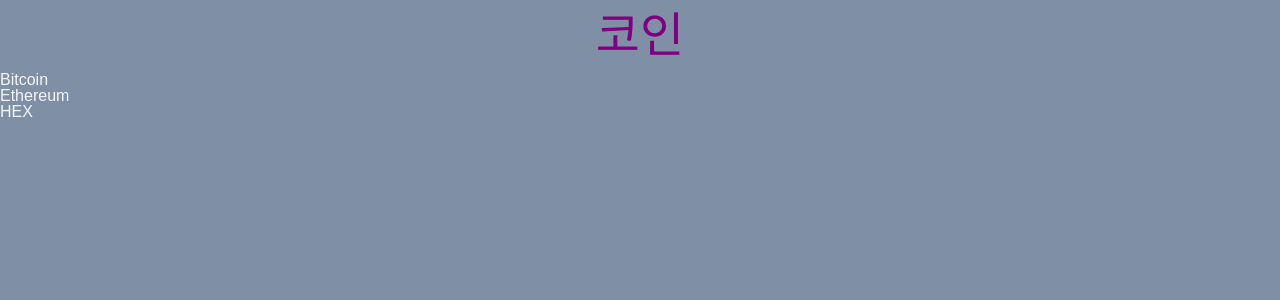
Repository: SeungYn/react-nomad
Page: / (app in cryptotracker/)
An editor plug-in stored every save of this project. The page is shown before and after the next save, followed by the edit.
The browser window is 1280 px wide. The pictures show the whole page.
The project was rebuilt for these pictures with package versions that can differ from the ones it lists, and the page was loaded fresh each time. Also part of the build but not shown: cryptotracker/src/routes/Coin.tsx.

Above is the page before, as saved 2023-01-04 12:48:14.

After the next save:
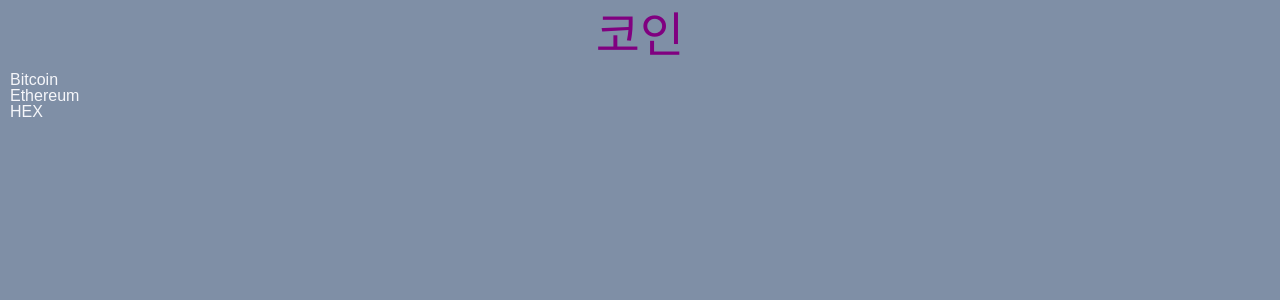
Saved 22 s later.
--- a/cryptotracker/src/routes/Coins.tsx
+++ b/cryptotracker/src/routes/Coins.tsx
@@ -1,6 +1,8 @@
 import styled from 'styled-components';
 
-const Container = styled.div``;
+const Container = styled.div`
+  padding: 0px 10px;
+`;
 
 const Header = styled.header`
   height: 10vh;
